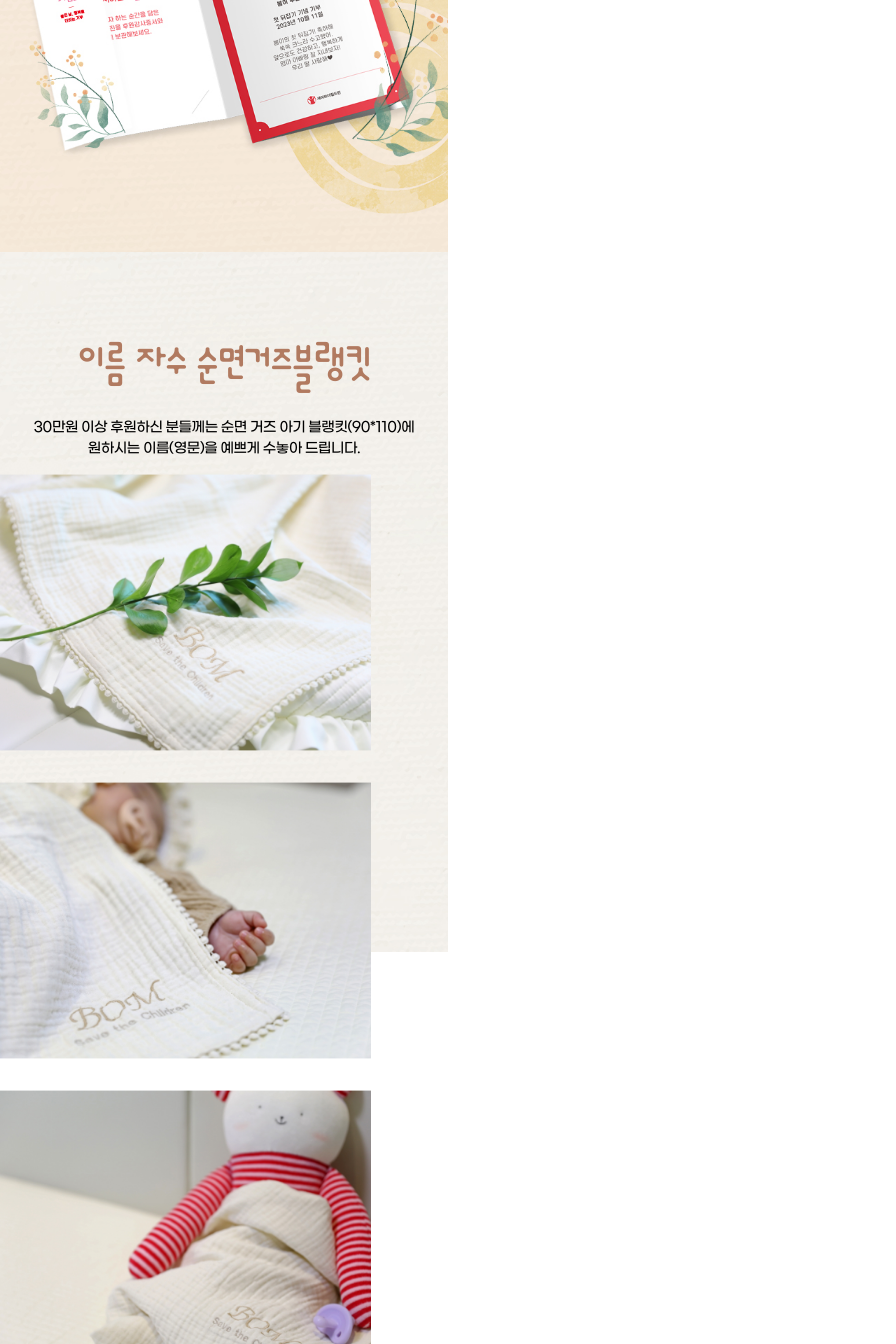
Repository: dlgywls1130/save_children_m
Page: index.html
These files come from the project's save history. The page is drawn as it stood at one moment and after the next save; the edit follows.
The browser window is 1280 px wide. The pictures show the part of the page from y = 4580 to 6500 px (the page is 9918 px tall), at 70% of full size.

Above is the page before, as saved 2023-12-13 19:24:13.

### index.html
<!DOCTYPE html>
<html lang="en">
<head>
    <meta charset="UTF-8">
    <meta name="viewport" content="width=device-width, initial-scale=1.0">
    <title>세이브더칠드런</title>

    <link rel="stylesheet" href="./css/reset.css">
    <link rel="stylesheet" href="./css/style.css">

</head>
<body>
    <div class="content_body">
        <section class="section_wrapper section01">
            <div class="se01 se_wrapper">
                <div class="se01_sub">
                    <div class="sub_logo">
                        <img src="./img/logo01.png" alt="logo">
                    </div>
                    <p>우리 아기 좋은 날 기부</p>
                </div>
                <p class="seo01_title">
                    아가야,
                </p>
                <p class="seo01_title_two">
                    너의 <span id="rollingText">탄생</span> 순간을 축하해!
                </p>
                <p class="section_descript mb-45">
                    아이의 건강과 행복을
                    <br>바라는 마음을 담아,
                    <br>탄생, 백일, 첫 걸음마, 첫돌 등
                    <br>내 아이의 소중한 순간을
                    <br>기부로 기념해보세요.
                    <br>함께 자라나는 다른 아이들
                    <br>에게도 큰 축복이 됩니다..
                </p>

                <a class="donation_link" href="javascript:void(0)">우리 아기 좋은 날 기부</a>
            </div>
        </section>
        <section class="section_wrapper section02">
            <div class="se02 se_wrapper">
                <div class="postit_wrapper">
                    <div class="postit postit01">
                        <p>우리 아들 우현이의<br>
                        200일을 축하해.<br>
                        건강하게 자라줘서 고마워 ❤<br>
                        늘 사랑받고 받은 사랑만큼<br>
                        베풀 수 있는 건강하고<br>
                        멋진 아들이 되길 바래!</p>
                    </div>
                    <div class="postit postit02">
                        <p>우리 새로아<Br>
                        백일 동안 무럭무럭 자라줘서<Br>
                        고마워~앞으로도 건강하고<Br>
                        우리 같이 재미있게 많이 놀자.<Br>
                        엄마,아빠가 많이 사랑해.</p>
                    </div>

                    <div class="postit postit05">
                        <p>사랑하는 도현이의<br>
                        첫 어린이날과 첫돌을<br>
                        기념하며, <br>
                        이웃을 사랑하는<br>
                        멋진 사람으로 자라길</p>

                    </div>
                    <div class="postit postit04">
                        <p>보미야<br>
                        첫 번째 생일 축하해<br>
                        너의 존재가 온 세상에<br>
                        봄이길 바랄게!   </p>
                    </div>

                    <div class="postit postit03">
                        <p>서진아<br>
                        우리에게 와줘서 고마워<br>
                        건강하고 행복하게 자라렴.<br>
                        사랑해♡      </p>
                    </div>

                </div>

            </div>
        </section>
        <section class="section_wrapper section03">
            <div class="se_wrapper se03">
                <div class="se_title_co">
                    아기의 좋은 날을<br> 기념해 주신 모든 분들께
                    <br>후원감사증서를 보내드립니다.
                </div>
                <div class="se_sub_co">
                    후원감사증서는<Br> 아기에게 남기고 싶은 메시지와 아기의 좋은 날이 담긴 사진을<br> 보관할 수 있도록
                    만들어드립니다.<br> 먼 훗날, 아기가 성장해 읽게 될 날을 그리며 편지를 써보세요.
                </div>
            </div>

        </section>
        <section class="section_wrapper section04">
            <div class="se_wrapper se04">
                <div class="se_title_co">
                    이름 자수 순면거즈블랭킷
                </div>
                <div class="se_sub_co">
                    30만원 이상 후원하신 분들께는 순면 거즈 아기 블랭킷(90*110)에
                    <Br>원하시는 이름(영문)을 예쁘게 수놓아 드립니다.
                </div>

                <div class="se04_slide mt-85">
                    <div class="se04_slide_list">
                        <img src="./img/slide01.jpg">
                    </div>
                    <div class="se04_slide_list">
                        <img src="./img/slide02.jpg">
                    </div>
                    <div class="se04_slide_list">
                        <img src="./img/slide03.jpg">
                    </div>
                </div>
            </div>
        </section>
        <section class="section_wrapper section05">
            <div class="se_wrapper se05">
                <div class="se_title_co">
                    후원신청 과정
                </div>

                <div class="se_step_list">
                    <div class="se_step">
                        <p class="step_number">1</p>
                        <div class="step_ico">
                            <img src="./img/icon01.png" alt="img">
                        </div>
                        <p class="step_descript">
                            후원신청하기
                        </p>
                    </div>
                    <div class="se_step">
                        <p class="step_number">2</p>
                        <div class="step_ico">
                            <img src="./img/icon02.png" alt="img">
                        </div>
                        <p class="step_descript">
                            후원감사증서
                            <br>메시지 적기
                        </p>
                    </div>
                    <div class="se_step">
                        <p class="step_number">3</p>
                        <div class="step_ico">
                            <img src="./img/icon03.png" alt="img">
                        </div>
                        <p class="step_descript">
                            신청완료
                        </p>
                    </div>
                    <div class="se_step">
                        <p class="step_number">4</p>
                        <div class="step_ico">
                            <img src="./img/icon04.png" alt="img">
                        </div>
                        <p class="step_descript">
                            후원감사증서 발송
                            <Br>(1주 이내)
                        </p>
                    </div>
                </div>

                <div class="se_sub_co mt-100">
                    30만원 이상 후원해 주신 경우,
                    <br>감사 선물 수령 주소 및 아기 블랭킷에 새겨질 문구 확인을 위한 문자가 발송됩니다.
                </div>

                <a class="donation_link" href="javascript:void(0)">우리 아기 좋은 날 기부</a>
            </div>

        </section>
        <section class="section_wrapper section06">
            <div class="se_wrapper se06">
                <div class="se_title_co">
                    후원금, 이렇게 쓰여요!
                </div>
                <div class="se_sub_co">
                    세이브더칠드런은 <span>국내외 아동을 위한 교육,
                    <Br>보호, 보건영양지원, 아동권리옹호</span> 등의 활동을 해나가고 있습니다.
                </div>
                <div class="se_sub_co">
                    보내주신 후원금은 정치, 종교, 인종에 관계없이 모든 아이를 구해야 한다는
                    <Br>세이브더칠드런의 신념에 따라 <span>가장 도움 필요한 아이를 위해 우선 사용</span>됩니다.
                </div>
            </div>

        </section>
        <section class="section_wrapper section07">
            <div class="se_wrapper se07">
                <div class="se_title_co">
                    FAQ
                </div>
                <div class="accordion">
                    <div class="accordion-item">
                        <h3 class="title">
                            <span>1. 30만원 이상 후원했습니다. 거즈 순면 블랭킷은 언제 오나요?</span>
                            <img src="./img/top.png">
                        </h3>
                        <p class="paragraph">
                            우리아기 축하기부로 30만원 이상 후원자님들께는 담요에 수놓을 아기 이름과
                            <Br>선물 수령 주소 확인을 위한 문자가 발송됩니다.
                            <br>02-6900-4479로 발송되는 문자 속 설문조사에 답해주세요.
                            <br>확인을 완료하신 분들께는 블랭킷 제작을 담당하고 있는 조니 스튜디오에서
                            <br>아기 이름 자수 작업 완료 후 배송해 드립니다.

                        </p>
                    </div>
                    <div class="accordion-item">
                        <h3 class="title">
                            <span>2. 거즈 순면 블랭킷, 안전한 제품인가요?</span>
                            <img src="./img/top.png">
                        </h3>
                        <p class="paragraph">
                            본 블랭킷은 워싱된 3중 거즈로 제작되었으며, KC안전검사를 완료하였습니다.
                            소재 특성상 섬유 조각이 발생할 수 있어 망에 넣지 않고 3번 정도 물빨래 하시는 것을 권장합니다.

                        </p>
                    </div>
                    <div class="accordion-item">
                        <h3 class="title">
                            <span>3. 거즈 순면 블랭킷을 받았는 데 하자가 있어요. 어떻게 해야 하나요? </span>
                            <img src="./img/top.png">
                        </h3>
                        <p class="paragraph">
                            070-4220-4123 (조니스튜디오 CS)로 전화 연락 부탁드립니다. 하자 물품에 대한 교환은 수령일로부터 7일 이내에 조니스튜디오에 연락해주셔야 하며, 이로 인한 후원금 환불은 어렵습니다.
                        </p>
                    </div>
                    <div class="accordion-item">
                        <h3 class="title">
                            <span>4. 후원감사증서에 넣을 수 있는 사진 사이즈는 얼마인가요?</span>
                            <img src="./img/top.png">
                        </h3>
                        <p class="paragraph">
                            사진 인화 사이즈 5*7 인치에 맞추어서 제작되었습니다.  그보다 작은 사진일 경우, 후원감사증서
                            내부의 주머니에 넣어 보관하실 수도  있습니다.

                        </p>
                    </div>
                </div>
            </div>

        </section>
        <section class="section_wrapper section08">
            <div class="se_wrapper se08">
                <div class="se08_postion">
                    <p class="se08_title">우리 아기 좋은 날 기부</p>
                    <p class="se08_descript">
                        탄생, 백일, 첫 걸음마, 첫돌...
                        <br>소중한 우리 아기의 성장을 기념해 보세요!
                        <br>아기의 좋은 날이 모여 세상의 행복이 됩니다.
                    </p>
                    <a href="javascript:void(0)" class="more_btn">
                        <p>자세히보기</p>
                        <svg xmlns="http://www.w3.org/2000/svg" width="16" height="16" fill="currentColor" class="bi bi-chevron-right" viewBox="0 0 16 16">
                            <path fill-rule="evenodd" d="M4.646 1.646a.5.5 0 0 1 .708 0l6 6a.5.5 0 0 1 0 .708l-6 6a.5.5 0 0 1-.708-.708L10.293 8 4.646 2.354a.5.5 0 0 1 0-.708z"/>
                        </svg>
                    </a>
                </div>

            </div>
        </section>
    </div>

    <script src="https://ajax.googleapis.com/ajax/libs/jquery/1.12.4/jquery.min.js"></script>
    <script src="./js/main.js"></script>
</body>
</html>

### css/reset.css


html, body, div, span, applet, object, iframe,
h1, h2, h3, h4, h5, h6, p, blockquote, pre,
a, abbr, acronym, address, big, cite, code,
del, dfn, em, img, ins, kbd, q, s, samp,
small, strike, strong, sub, sup, tt, var,
b, u, i, center,
dl, dt, dd, ol, ul, li,
fieldset, form, label, legend,
table, caption, tbody, tfoot, thead, tr, th, td,
article, aside, canvas, details, embed,
figure, figcaption, footer, header, hgroup,
menu, nav, output, ruby, section, summary,
time, mark, audio, video {
	margin: 0;
	padding: 0;
	border: 0;
	font-size: 100%;
	font: inherit;
	vertical-align: baseline;
}

article, aside, details, figcaption, figure,
footer, header, hgroup, menu, nav, section {
	display: block;
}
body {
	line-height: 1;
}
ol, ul {
	list-style: none;
}
blockquote, q {
	quotes: none;
}
blockquote:before, blockquote:after,
q:before, q:after {
	content: '';
	content: none;
}
table {
	border-collapse: collapse;
	border-spacing: 0;
}

### css/style.css

/* root */
:root{
    --main-color:#B17A60;
    --pink-color:#F79497;
}


/* font */

/* dongle */
@font-face {
    font-family: 'Dongle';
    font-weight: 300;
    src: url('../font/Dongle-Light.ttf') format('ttf'),
    url('../font/Dongle-Light.woff') format('woff');
}

@font-face {
    font-family: 'Dongle';
    font-weight: 500;
    src: url('../font/Dongle-Regular.ttf') format('ttf'),
    url('../font/Dongle-Regular.woff') format('woff');
}

@font-face {
    font-family: 'Dongle';
    font-weight: 700;
    src: url('../font/Dongle-Bold.ttf') format('ttf'),
    url('../font/Dongle-Bold.woff') format('woff');
}


/* Gmarket */
@font-face {
    font-family: 'GmarketSans';
    font-weight: 300;
    src: url('../font/GmarketSansLight.ttf') format('ttf'),
    url('../font/GmarketSansLight.woff') format('woff');
}

@font-face {
    font-family: 'GmarketSans';
    font-weight: 500;
    src: url('../font/GmarketSansMedium.ttf') format('ttf'),
    url('../font/GmarketSansMedium.woff') format('woff');
}

@font-face {
    font-family: 'GmarketSans';
    font-weight: 700;
    src: url('../font/GmarketSansBold.ttf') format('ttf'),
    url('../font/GmarketSansBold.woff') format('woff');
}


/* nanumsqure */

@font-face {
    font-family: 'NanumSquare';
    font-weight: 400;
    src: url('../font/NanumSquareL.ttf') format('ttf'),
    url('../font/NanumSquareL.woff') format('woff');
}

@font-face {
    font-family: 'NanumSquare';
    font-weight: 500;
    src: url('../font/NanumSquareR.ttf') format('ttf'),
    url('../font/NanumSquareR.woff') format('woff');
}

@font-face {
    font-family: 'NanumSquare';
    font-weight: 600;
    src: url('../font/NanumSquareB.ttf') format('ttf'),
    url('../font/NanumSquareB.woff') format('woff');
}

@font-face {
    font-family: 'NanumSquare';
    font-weight: 700;
    src: url('../font/NanumSquareEB.ttf') format('ttf'),
    url('../font/NanumSquareEB.woff') format('woff');
}



/* scdream5 */
@font-face {
    font-family: 'SCDream5';
    src: url('../font/SCDream5.woff') format('woff'),
    url('../font/SCDream5.ttf') format('ttf'),
    url('../font/SCDream5.otf') format('otf');
}


.section_wrapper{
    max-width:1920px;
    width: 100%;

}

.se_wrapper{
    max-width: 640px;
    width: 100%;
    position: relative;
    box-sizing: border-box;
}


/* section01 */


.section01{
    background: url('../img/back01.jpg') no-repeat;
    height: 940px;

}

.se01{
    padding: 145px 10px 92px 60px;
    box-sizing: border-box;
}
.se01_sub{
    display: flex;
    align-items: center;
    margin-bottom: 70px;
}

.sub_logo{
    width: 125px;
    height: 40px;
    margin-right: 10px;
}

.sub_logo img{
    width: 100%;
    height: 100%;
    object-fit: contain;
}

.se01_sub p{
    width: 190px;
    height: 30px;
    background: #B17A60;
    border-radius: 15px;
    display: flex;
    align-items: center;
    justify-content: center;
    letter-spacing: -0.03em;
    font-size: 15px;
    font-weight: 700;
    font-family: 'GmarketSans',sans-serif;
    color: #fff;
}

.seo01_title{
    font-family: 'Dongle',sans-serif;
    font-weight: 500;
    font-size: 120px;
    color: var(--main-color);
    letter-spacing: -0.03em;
}

.seo01_title_two{
    font-family: 'Dongle',sans-serif;
    font-weight: 500;
    font-size: 90px;
    color: var(--main-color);
    letter-spacing: -0.03em;
    margin-top: -7%;
    margin-bottom: 50px;
    display: flex;
    align-items: center;
}

.seo01_title_two span{
    margin: 0 1.5rem;
}
.section_descript{
    font-size: 20x;
    line-height: 30px;
    font-family: 'GmarketSans';
    font-weight: 500;
    letter-spacing: -0.03em;
    color: #000;
}

.donation_link{
    width: 300px;
    height: 50px;
    border-radius: 100px;
    display: flex;
    align-items: center;
    justify-content: center;
    background: var(--pink-color);
    color: #fff;
    font-family: 'GmarketSans';
    font-size: 20px;
    font-weight: 700;
    letter-spacing: -0.03em;
    text-decoration: none;
    margin: 145px auto 0;
}


@keyframes roll {
    from {
        transform: translateY(40%);
        opacity: 0;
    }
    to {
        transform: translateY(0);
        opacity: 1;
    }
  }


  #rollingText.animate-text {
    animation: roll 0.5s ease-in-out;
}

/* section02 */

.section02{
    height: 2800px;
    background: url('../img/back02.jpg') no-repeat;
}

.se02{
    box-sizing: border-box;
    height: 100%;
}
.postit_wrapper{
    width: 100%;
    padding: 76px 60px 96px;
    position: relative;
    display: flex;
    flex-direction: column;
    align-items: center;
}

.ex_text{
    font-family: 'GmarketSans';
    font-size: 20px;
    font-weight: 500;
    letter-spacing: -0.03em;
}


.postit p{
    font-family: 'SCDream5';
    font-size: 23px;
    line-height: 35px;
    text-align: center;
    display: flex;
    justify-content: center;
    align-items: center;
    height: 100%;
}

.postit01{
    background:url('../img/post04.png') no-repeat;
    width: 520px;
    height: 520px;
    background-size: contain;
    box-sizing: border-box;
}

.postit01 p{
    transform: rotate(358deg);
    padding-top: 20px;
}

.postit02{
    background: url('../img/post05.png') no-repeat;
    width: 510px;
    height: 510px;
    background-size: contain;
    box-sizing: border-box;
    margin-top: -19%;
}

.postit02 p{
    transform: rotate(10deg);
    padding-top: 20px;
}

.postit03{
    background:url('../img/post02.png') no-repeat;
    width: 459px;
    height: 459px;
    background-size: contain;
    box-sizing: border-box;
    margin-top: -25%;
    transform: rotate(-14deg);
}

.postit03 p{
    transform: rotate(7deg);
    padding-top: 20px;
}

.postit04{
    background: url(../img/post03.png) no-repeat;
    width: 440px;
    height: 440px;
    background-size: cover;
    box-sizing: border-box;
    margin-top: -24%;
    transform: rotate(14deg);
}

.postit04 p{
    transform: rotate(354deg);
}

.postit05{
    background:url('../img/post01.png') no-repeat;
    width: 460px;
    height: 460px;
    background-size: contain;
    box-sizing: border-box;
    margin-top: -22%;
}

.postit05 p{
    transform: rotate(-9deg);
    padding-top: 20px;
}

/* section03 */

.section03{
    height: 1200px;
    background: url('../img/back03.jpg') no-repeat;
}

.se03{
    padding: 200px 60px 96px;
    box-sizing: border-box;
    height: 100%;
}


.se_title_co{
    font-size: 80px;
    line-height: 80px;
    letter-spacing: -0.03em;
    font-family: 'Dongle';
    font-weight: 500;
    color: var(--main-color);
    text-align: center;
}

.se_sub_co{
    font-size: 20px;
    letter-spacing: -0.03em;
    line-height: 30px;
    font-family: 'GmarketSans';
    font-weight: 500;
    text-align: center;
    margin-top: 35px;
}

/* section04 */

.section04{
    height: 1740px;
    background: url('../img/back07.jpg') no-repeat;
}

.se04{
    padding: 120px 0 130px;
    box-sizing: border-box;
    height: 100%;
}

.se04_slide{
    width: 944px;
    margin: 0 auto;
}


.se04_slide_list{
    width: 530px;
    height: 440px;
    border-radius: 9px;
}

.se04_slide_list img{
    width:100%;
height: 100%;
object-fit: contain;
border-radius: 9px;
}
/* section05 */
.section05{
    height: 1080px;
    background: url('../img/back07.jpg') no-repeat;
}

.se05{
    padding: 150px 0 140px;
    box-sizing: border-box;
    height: 100%;
}

.se_step_list{
    display: flex;
    align-content: center;
    column-gap: 88px;
    margin-top: 90px;
    position: relative;
}

.se_step_list::after{
    position: absolute;
    content: '';
    top: 38%;
    transform: translate(0,-50%);
    border-top: 2px dashed var(--pink-color);
    width: 100%;
}

.se_step_list .se_step{
    position: relative;
}

.step_number{
    font-size: 25px;
    letter-spacing: -0.03em;
    line-height: 35px;
    font-weight: 700;
    font-family: 'GmarketSans';
    position: absolute;
    left: 19%;
    top: 0;
    color: var(--main-color);
    z-index: 2;
}

.se_step_list .se_step .step_ico{
    width: 200px;
    height: 200px;
    border-radius: 50%;
    background-color: #fff;
    display: flex;
    align-items: center;
    justify-content: center;
    position: relative;
    z-index: 1;
}

.se_step_list .se_step .step_ico img {
    width: 138px;
    height: 138px;
    object-fit: contain;
    object-position: 73%;
}

.step_descript{
    font-size: 20px;
    letter-spacing: -0.03em;
    line-height: 23px;
    font-weight: 500;
    font-family: 'GmarketSans';
    text-align: center;
    margin-top: 20px;
    color: var(--main-color);
}

.se_step_list .se_step:first-child .step_ico::before{
    display: none;
}

.se_step_list .se_step:last-child .step_ico::after{
    display: none;
}

.se_step_list .step_ico::before{
    position: absolute;
    content: '';
    top: 50%;
    left: -5px;
    transform: translate(0,-50%);
    width: 10px;
    height: 10px;
    border-radius: 50%;
    background-color: var(--pink-color);
}


.se_step_list .step_ico::after{
    position: absolute;
    content: '';
    top: 50%;
    right: -5px;
    transform: translate(0,-50%);
    width: 10px;
    height: 10px;
    border-radius: 50%;
    background-color: var(--pink-color);
}

/* section06 */
.section06{
    height:700px;
    background: url('../img/back06.jpg') no-repeat;
}

.se06{
    padding: 150px 0;
    height: 100%;
    box-sizing: border-box;
}


.se_sub_co span{
    font-weight: 700;
}
/* section07 */

.section07{
    height:1080px;
    background: url('../img/back02.jpg') no-repeat;
}

.se07{
    padding: 100px 0;
    height: 100%;
    box-sizing: border-box;
}


.accordion{
    margin-top: 80px;
}
.accordion-item {
    padding:15px 0;
    margin: 0;
    overflow: hidden;
}

.accordion-item .title {
    display: flex;
    justify-content: space-between;
    align-items: center;
    font-weight: 700;
    font-size: 30px;
    letter-spacing: -0.03em;
    cursor: pointer;
    width: 100%;
    height: 80px;
    border-radius: 50px;
    background-color: #fff;
    color: var(--main-color);
    padding: 0 30px;
    font-family: 'GmarketSans';
    box-sizing: border-box;
}

.accordion-item .title img {
    font-size: 0.9rem;
    color: #454545;
    transform: rotate(0);
    transition: transform 0.15s ease;
}

.accordion-item .paragraph {
    font-weight: 500;
    font-size: 25px;
    letter-spacing: -0.03em;
    color: #000;
    display: none;
    padding: 50px 70px 35px;
    list-style: inside;
    line-height: 50px;
    font-family: 'GmarketSans';
}

.accordion-item .paragraph .indent{
    text-indent: 1rem;
}


.accordion-item .paragraph span{
    font-weight: bold;
}

.accordion-item.active .title img{
    transform: rotate(180deg);
}

.accordion-item.active .paragraph {
    display: block;
}


/* section08 */

.section08{
    height:378px;
    background: url('../img/banner.jpg') no-repeat;
}
.se08{
    position: relative;
    height: 100%;
}

.se08_postion{
    position: absolute;
    top: 80px;
    left: 50%;
}

.se08_title{
    font-family: 'NanumSquare';
    font-weight: 600;
    font-size: 23px;
    letter-spacing: -0.05em;
    line-height: 50px;
    position: relative;
}

.se08_title::before{
    position: absolute;
    content: '';
    top: -7px;
    width: 32px;
    height: 3px;
    background-color:#543F2C;
    left: 0;
}

.se08_descript{
    font-family: 'NanumSquare';
    font-weight: 500;
    font-size: 19px;
    line-height: 28px;
    letter-spacing: -0.06em;
}

.more_btn{
    margin-top: 38px;
    width: 150px;
    height: 40px;
    background: #543F2C;
    display: flex;
    align-items: center;
    justify-content: center;
    text-decoration: none;
}

.more_btn p{
    font-family: 'NanumSquare';
    font-weight: 500;
    font-size: 18px;
    color: #fff;

}

.more_btn svg{
    fill: #fff;
}

Loaded but not shown: js/main.js (46 lines, source omitted)

After the next save:
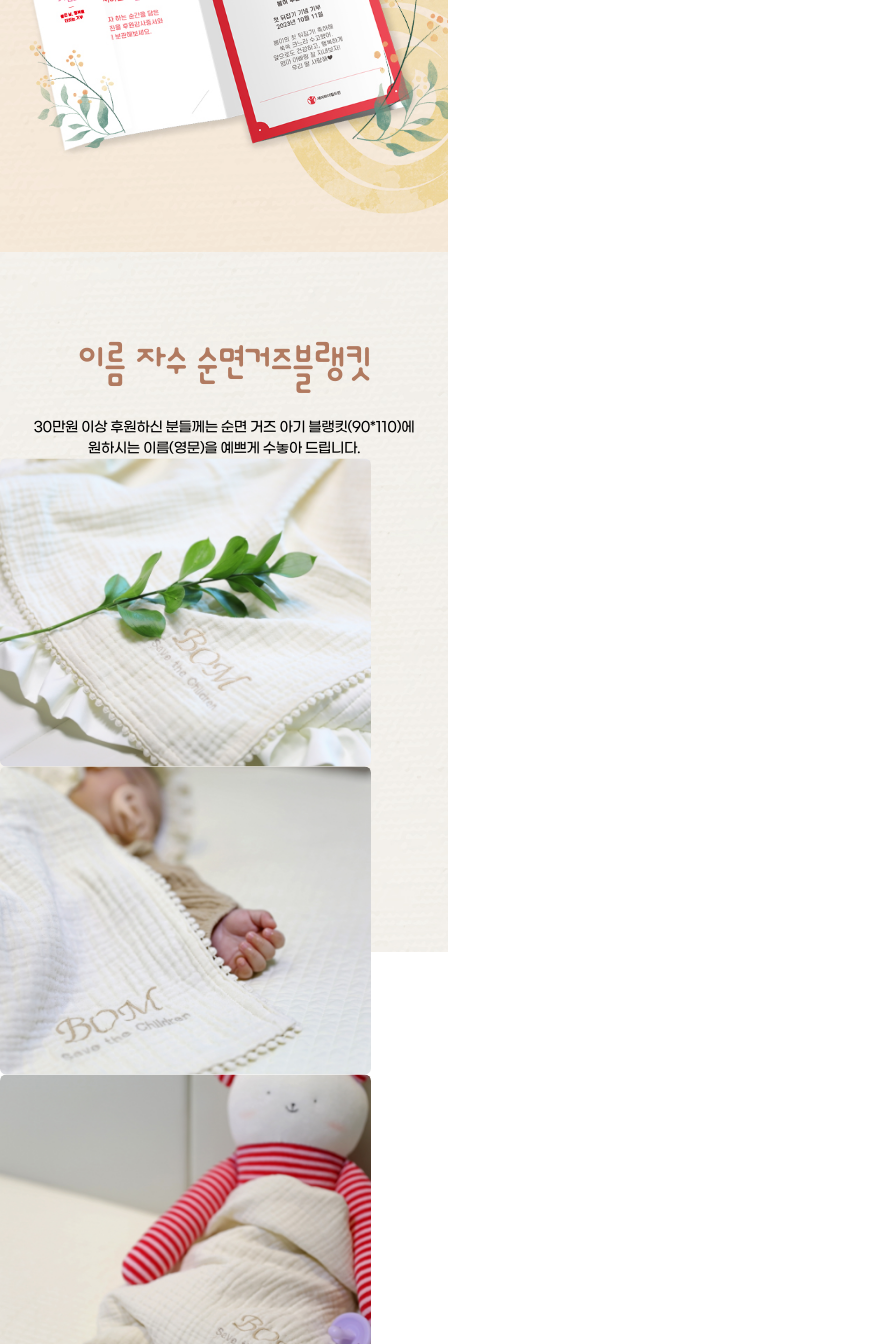
Saved 14 s later.
--- a/css/style.css
+++ b/css/style.css
@@ -392,7 +392,7 @@
 .se04_slide_list img{
     width:100%;
 height: 100%;
-object-fit: contain;
+object-fit: cover;
 border-radius: 9px;
 }
 /* section05 */
